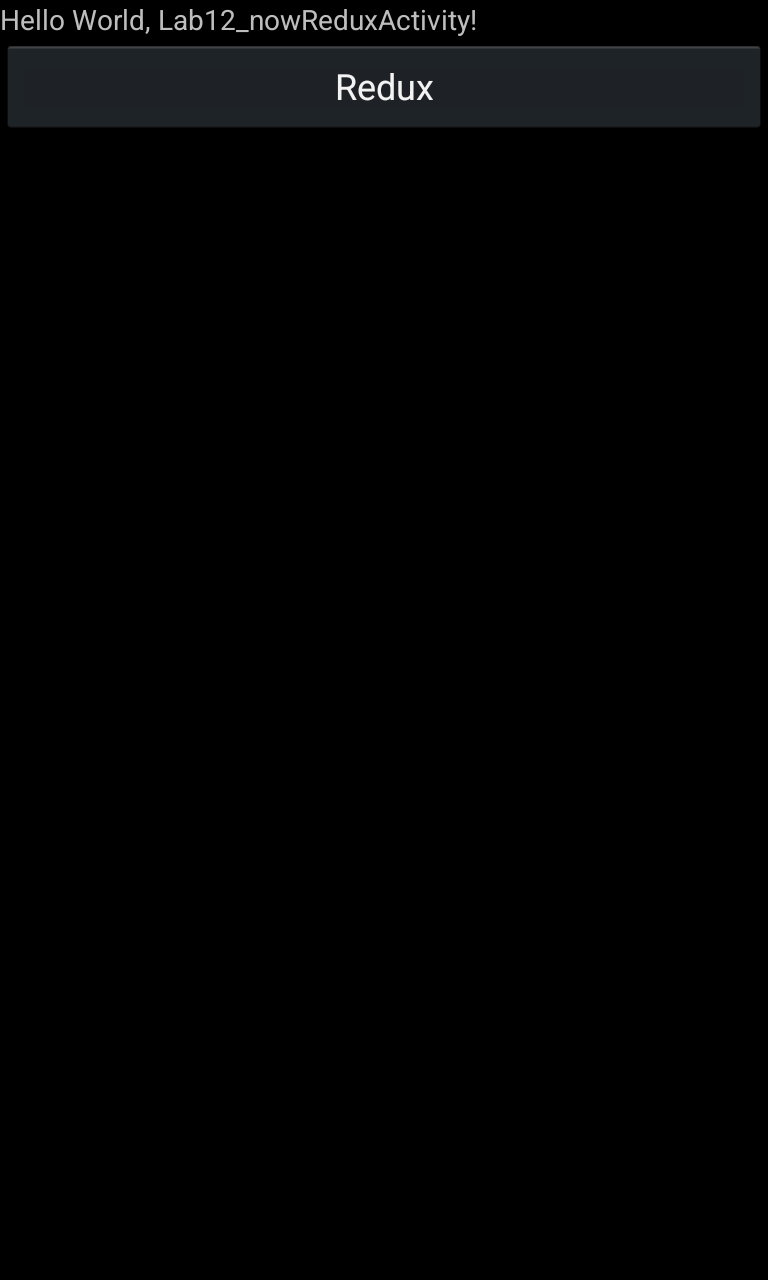
Repository: dorisserruto/un_exercises
Layout: javaandroid/Recursos/workspace-profe/lab12_nowRedux/res/layout/main.xml
These files come from the project's save history. The layout is drawn as it stood at one moment and after the next save; the edit follows.
It is drawn on a 768 x 1280 px phone screen (xhdpi) without system bars, with theme android:Theme.Holo; the app's code is not run.

Above is the layout before, as saved 2012-06-24 15:01:31.

### javaandroid/Recursos/workspace-profe/lab12_nowRedux/res/layout/main.xml
<?xml version="1.0" encoding="utf-8"?>
<LinearLayout xmlns:android="http://schemas.android.com/apk/res/android"
    android:layout_width="fill_parent"
    android:layout_height="fill_parent"
    android:orientation="vertical" >

    <TextView
        android:layout_width="fill_parent"
        android:layout_height="wrap_content"
        android:text="@string/hello" />

    <Button
        android:id="@+id/button1"
        android:layout_width="fill_parent"
        android:layout_height="wrap_content"
        android:text="Redux"
        android:onClick="someMethod"
        />

</LinearLayout>

### javaandroid/Recursos/workspace-profe/lab12_nowRedux/res/values/strings.xml
<?xml version="1.0" encoding="utf-8"?>
<resources>

    <string name="hello">Hello World, Lab12_nowReduxActivity!</string>
    <string name="app_name">Lab12_nowRedux</string>

</resources>

After the next save:
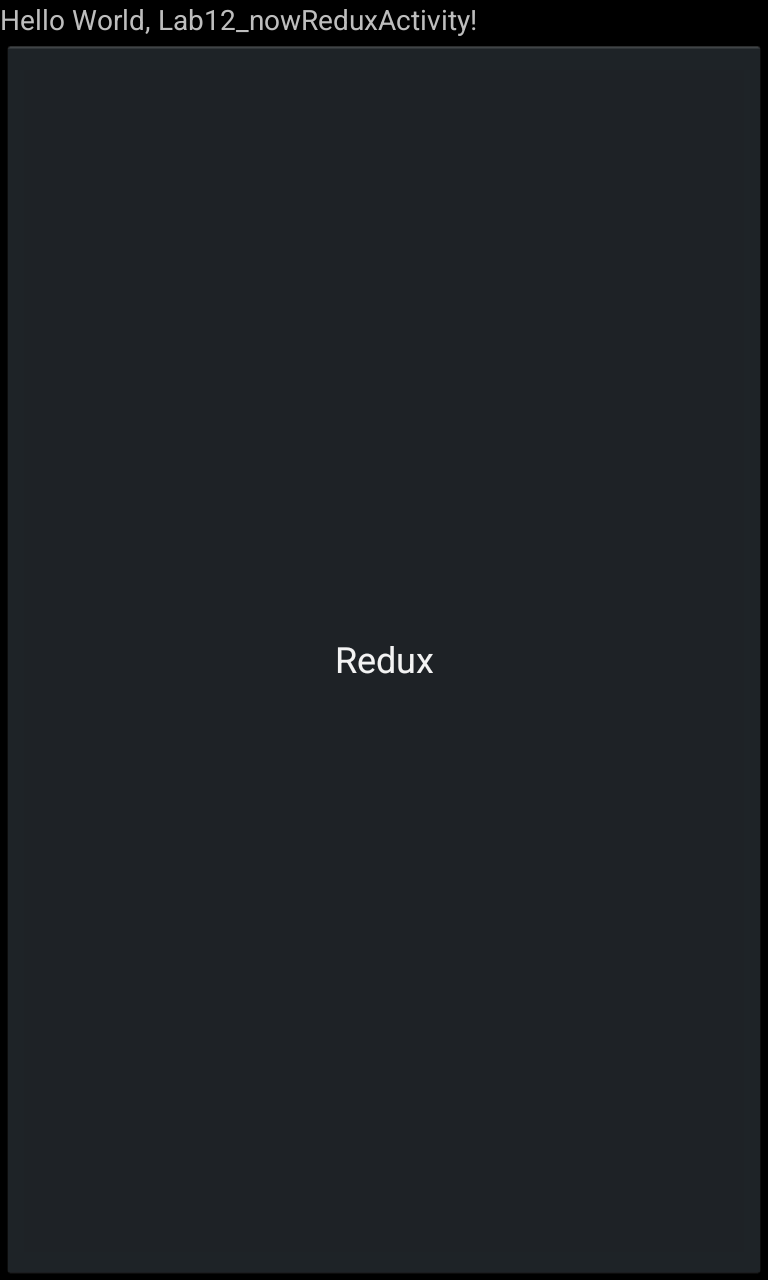
Saved 17 s later.
--- a/javaandroid/Recursos/workspace-profe/lab12_nowRedux/res/layout/main.xml
+++ b/javaandroid/Recursos/workspace-profe/lab12_nowRedux/res/layout/main.xml
@@ -12,7 +12,7 @@
     <Button
         android:id="@+id/button1"
         android:layout_width="fill_parent"
-        android:layout_height="wrap_content"
+        android:layout_height="fill_parent"
         android:text="Redux"
         android:onClick="someMethod"
         />
